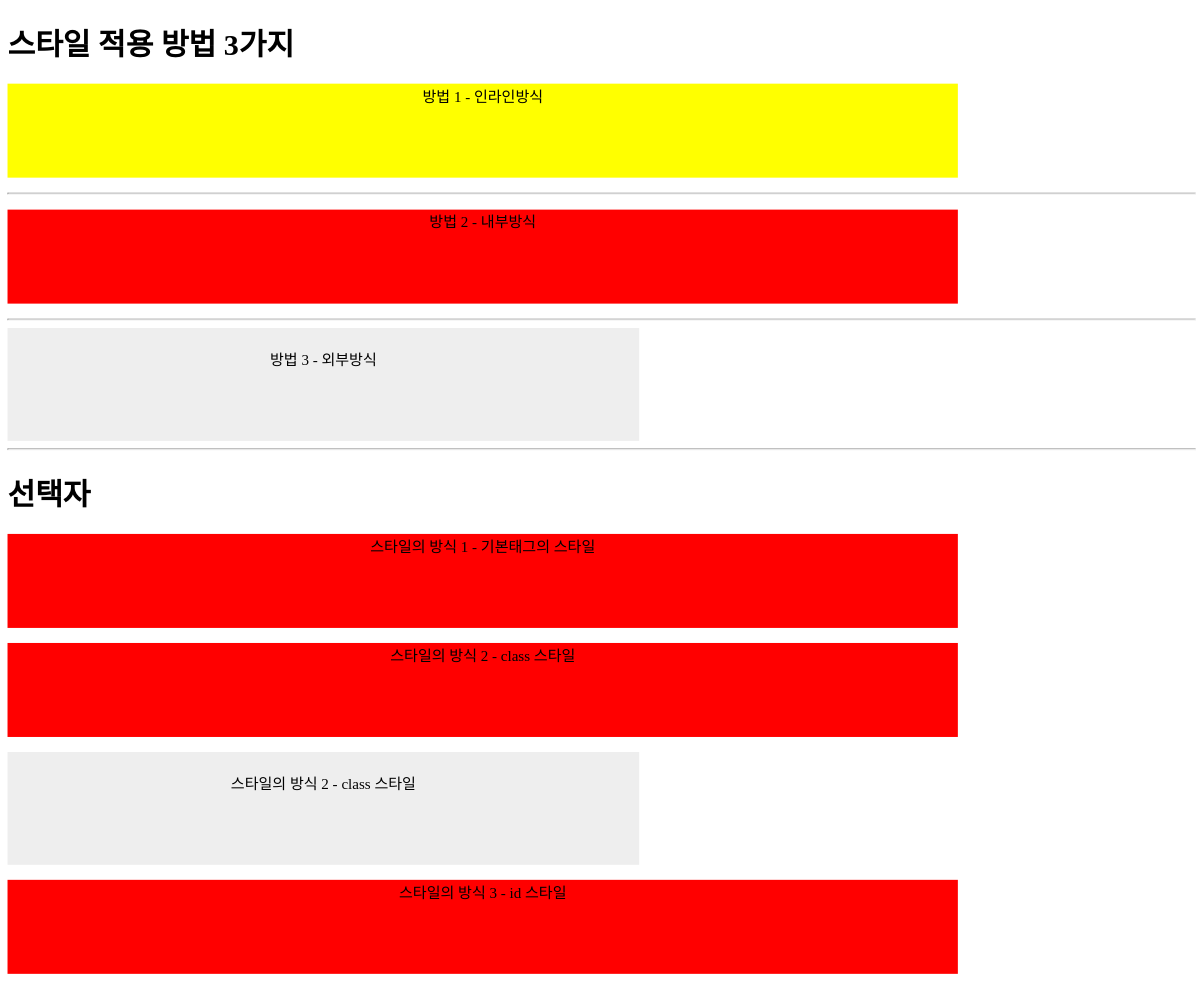
Repository: hsaar/jsworkplace
Page: http://localhost/testjsp/html/test04.jsp
An editor plug-in stored every save of this project. The page is shown before and after the next save, followed by the edit.
The browser window is 1280 px wide. The pictures show the whole page, at 94% of full size.
The page is served by Tomcat 9.

Above is the page before, as saved 2025-08-20 03:55:28.

After the next save:
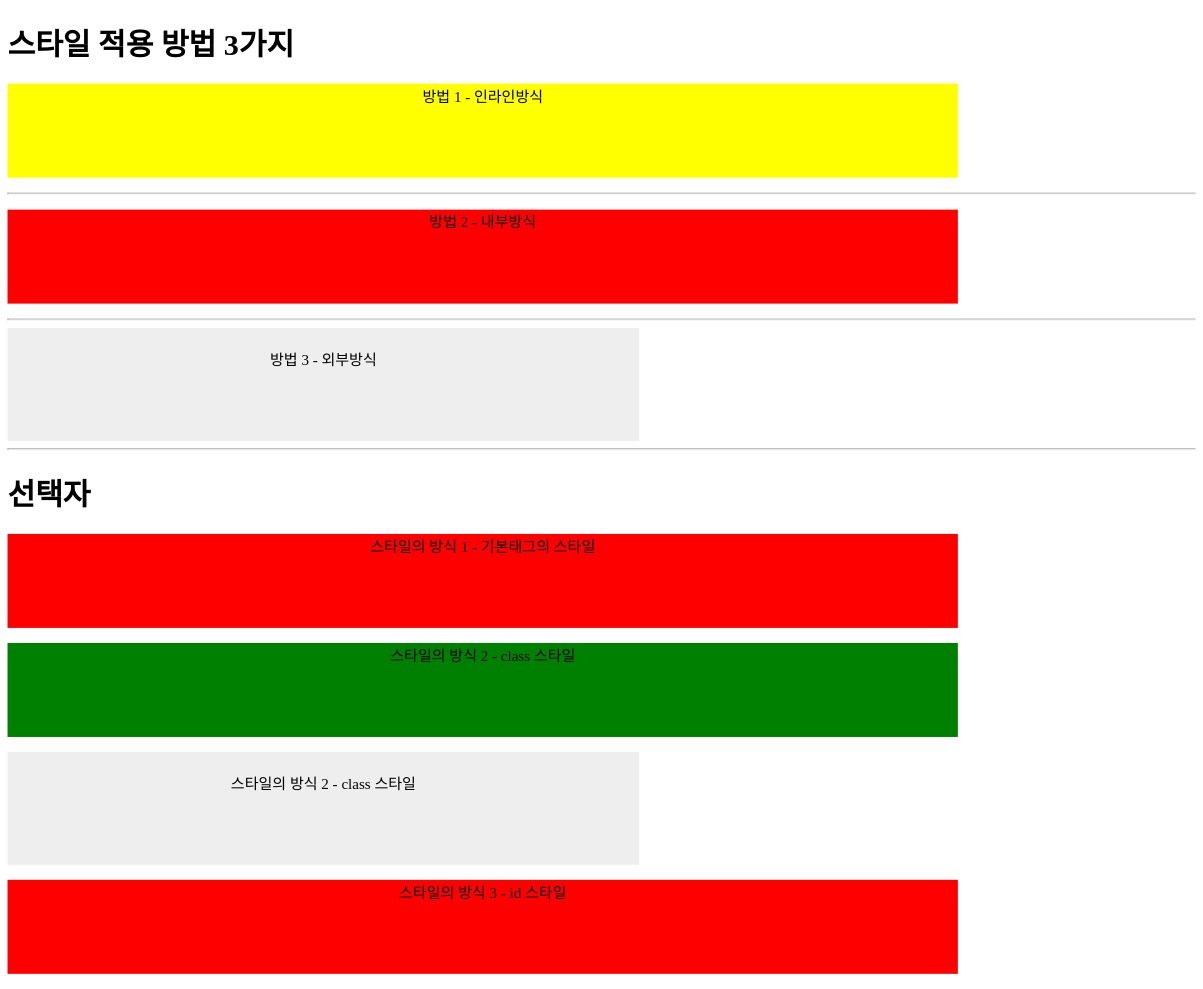
Saved 8 s later.
--- a/testjsp/src/main/webapp/html/test04.jsp
+++ b/testjsp/src/main/webapp/html/test04.jsp
@@ -31,7 +31,7 @@
 	<hr>
 	<h1>선택자</h1>
 	<p>스타일의 방식 1 - 기본태그의 스타일</p>
-	<p>스타일의 방식 2 - class 스타일</p>
+	<p class="test">스타일의 방식 2 - class 스타일</p>
 	<div>스타일의 방식 2 - class 스타일</div>
 	<p>스타일의 방식 3 - id 스타일</p>
 </body>
